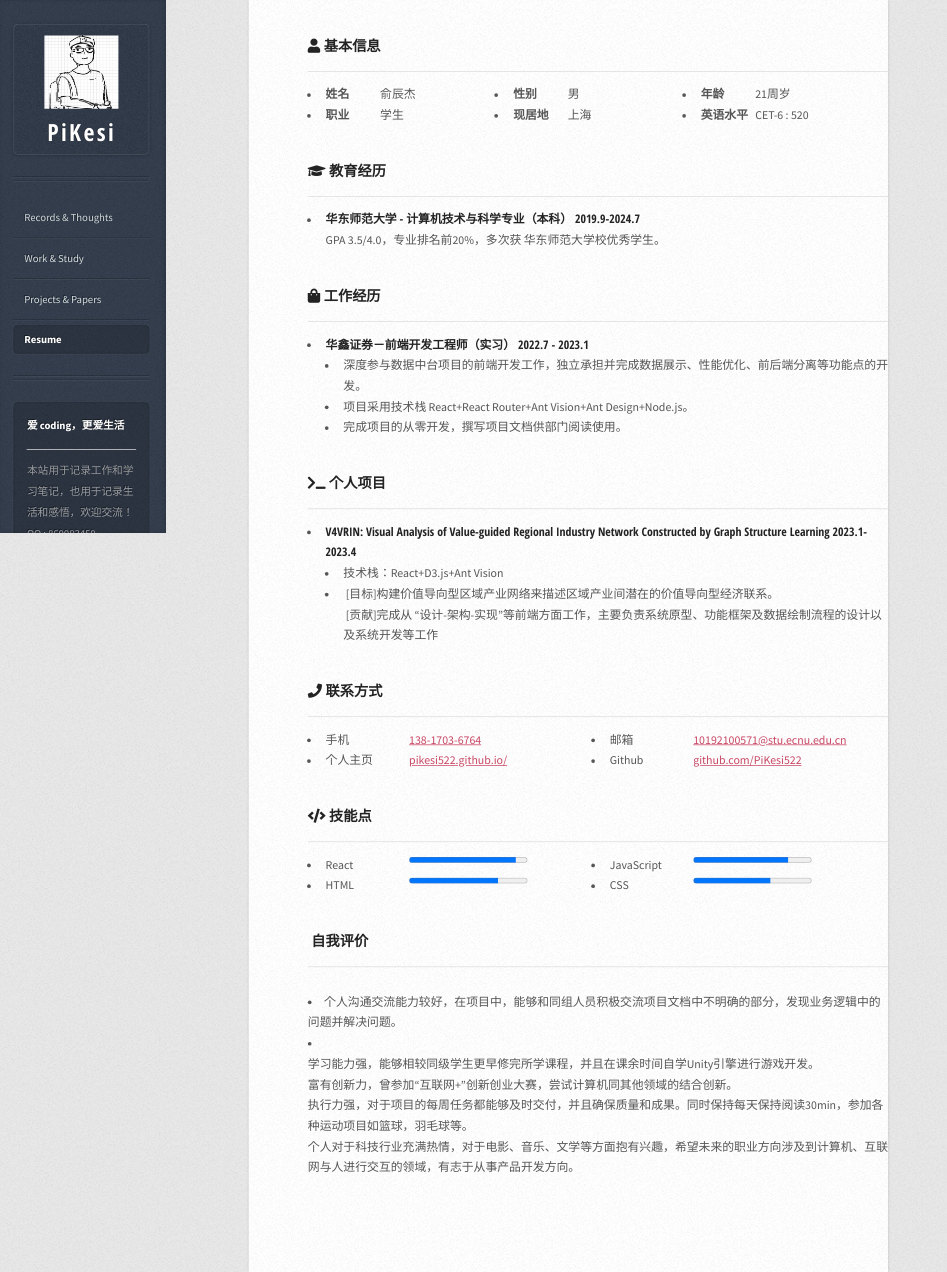
Repository: PiKesi522/PiKesi522.github.io
Page: resume.html
An editor plug-in stored every save of this project. The page is shown before and after the next save, followed by the edit.
The browser window is 1280 px wide. The pictures show the whole page, at 74% of full size.

Above is the page before, as saved 2023-04-11 11:27:51.

### resume.html
<!DOCTYPE HTML>
<!--
	Striped by HTML5 UP
	html5up.net | @ajlkn
	Free for personal and commercial use under the CCA 3.0 license (html5up.net/license)
-->
<html>

<head>
    <title>Striped by HTML5 UP</title>
    <meta charset="utf-8" />
    <meta name="viewport" content="width=device-width, initial-scale=1, user-scalable=no" />
    <link rel="stylesheet" href="assets/css/main.css" />
</head>

<body class="is-preload">

    <!-- Content -->
    <div id="content">
        <div class="inner">

            <article class="container">
                <section class="side" id="side">
                    <!-- 个人肖像 -->
                    <!-- <section class="me"> -->

                    <!-- <h6 class="name" style="font-size: 30px;">PiKesi</h6> -->
                    <!-- <section class="portrait"> -->
                    <!-- 头像照片 -->
                    <!-- <img class="avatar" src="assets/images/avatar.jpg" style="padding-top: 1vh; width: 300px;" onload="loading()"> -->
                    <!-- </section> -->

                    <!-- </section> -->

                    <!-- 基本信息 -->
                    <section class="profile info-unit">
                        <h2>
                            <i class="fa fa-user" aria-hidden="true"></i> 基本信息
                        </h2>
                        <hr />
                        <ul style="display: grid;grid-template-columns:repeat(3, 33%);">
                            <li>
                                <div>
                                    <label style="font-weight: 600;">姓名</label>
                                    <span>俞辰杰</span>
                                </div>
                            </li>
                            <li>
                                <div>
                                    <label style="font-weight: 600;">性别</label>
                                    <span>男</span>
                                </div>
                            </li>
                            <li>
                                <div>
                                    <label style="font-weight: 600;">年龄</label>
                                    <span>21周岁</span>
                                </div>
                            </li>
                            <li>
                                <div>
                                    <label style="font-weight: 600;">职业</label>
                                    <span>学生</span>
                                </div>
                            </li>
                            <li>
                                <div>
                                    <label style="font-weight: 600;">现居地</label>
                                    <span>上海</span>
                                </div>
                            </li>
                            <li>
                                <div>
                                    <label style="font-weight: 600;">英语水平</label>
                                    <span>CET-6 : 520</span>
                                </div>
                            </li>
                            <!-- <li>
                                        <label>计算机水平</label>
                                        <span>软考中级</span>
                                    </li> -->
                        </ul>
                    </section>


                    <!--
                    <section class="qrcode info-unit">
                        <h2><i class="fa fa-qrcode" aria-hidden="true"></i>二维码</h2>
                        <hr />
                        <img src="https://github.com/if2er/FeZaoDuKe-Collection/blob/master/ifeees.jpg?raw=true"
                            style="width: 100%;" alt="">
                    </section> -->

                    <!-- 技术栈 -->
                    <!-- <div class="stack info-unit">
                                    <h2><i class="fa fa-code" aria-hidden="true"></i>其他</h2>
                                    <hr/>
                                    <ul>
                                        <li>
                                            <label>前端</label>
                                            <span>React、jQuery、微信小程序、Bootstrap、SASS、LESS</span>
                                        </li>
                                        <li>
                                            <label>后端</label>
                                            <span>Node.js、MySQL、MongoDB、WordPress、ThinkPHP</span>
                                        </li>
                                        <li>
                                            <label>其他</label>
                                            <span>Git、SVN、Markdown</span>
                                        </li>
                                    </ul>
                                </div> -->
                </section>

                <section class="main">

                    <!-- 教育经历 -->
                    <section class="edu info-unit">
                        <h2>
                            <i class="fa fa-graduation-cap" aria-hidden="true"></i> 教育经历
                        </h2>
                        <hr />
                        <ul>
                            <!-- <li>
                                <h3>
                                    <span>华东师范大学 - 计算机技术与科学专业</span>
                                    <time>2019.9-2024.7</time>
                                </h3>
                                <p>GPA
                                    <mark>3.5/4.0</mark>，期间发表国际会议英文摘要X篇，国内核心期刊文章X篇（其中第一作者X篇），获XXX，XXX2次，XXX2次。(此处根据自身情况填写，可以突出自己的亮点，或者跟求职目标相关的内容)
                                </p>
                            </li> -->
                            <li>
                                <h3>
                                    <span>华东师范大学 - 计算机技术与科学专业（本科）</span>
                                    <time>2019.9-2024.7</time>
                                </h3>
                                <p>GPA
                                    <mark>3.5/4.0</mark>，专业排名前20%，多次获 华东师范大学校优秀学生。
                                </p>
                            </li>
                        </ul>
                    </section>

                    <!-- 工作经历 -->
                    <section class="work info-unit">
                        <h2>
                            <i class="fa fa-shopping-bag" aria-hidden="true"></i> 工作经历
                        </h2>
                        <hr />
                        <ul>
                            <li>
                                <h3>
                                    <span>华鑫证券－前端开发工程师（实习）</span>
                                    <time>2022.7 - 2023.1</time>
                                </h3>
                                <ul class="info-content">
                                    <li>深度参与数据中台项目的前端开发工作，独立承担并完成数据展示、性能优化、前后端分离等功能点的开发。
                                    </li>
                                    <li>
                                        项目采用技术栈
                                        <mark>React+React Router+Ant Vision+Ant Design+Node.js</mark>。
                                    </li>
                                    <li>完成项目的从零开发，撰写项目文档供部门阅读使用。
                                    </li>
                                </ul>
                            </li>
                            <!-- <li>
                                <h3>
                                    <span>[经历2]XX－前端开发工程师（实习）</span>
                                    <time>20XX.10 - 20XX.7</time>
                                </h3>
                                <ul class="info-content">
                                    <li>深度参与公司主线产品「XXXX」的前端开发工作，完成帖子快捷回复、
                                        <mark>全站图片懒加载</mark>、活动banner、帖子管理（使用Yii框架）等功能。项目采用技术栈phpWind+NAMP。
                                        <a href="http://itsay.tech/162/" target="_blank">
                                            <i class="fa fa-link" aria-hidden="true"></i>博客文章</a>。
                                    </li>
                                    <li>主要参与公司产品「XXXX」的前端开发工作，实现接入微博、微信、QQ等
                                        <mark>第三方账号登录</mark>等功能。项目采用技术栈WordPress+NAMP。
                                    </li>
                                    <li>活动页面的开发（七夕活动、抽奖活动以及承接外包页面）。</li>
                                    <li>论坛
                                        <mark>图片增量备份</mark>（CentOS+vsftpd+crontab）
                                        <a href="#" target="_blank">
                                            <i class="fa fa-link" aria-hidden="true"></i>博客文章</a>。
                                    </li>
                                </ul>
                            </li> -->
                        </ul>
                    </section>

                    <!-- 项目经验 -->
                    <section class="project info-unit">
                        <h2>
                            <i class="fa fa-terminal" aria-hidden="true"></i> 个人项目
                        </h2>
                        <hr />
                        <ul>
                            <li>
                                <h3>
                                    <span>V4VRIN: Visual Analysis of Value-guided Regional Industry Network Constructed
                                        by Graph Structure Learning</span>
                                    <span class="link">
                                        <!-- <a href="#" target="_blank">Demo</a> -->
                                    </span>
                                    <time>2023.1-2023.4</time>
                                </h3>
                                <ul class="info-content">
                                    <li>技术栈：React+D3.js+Ant Vision</li>
                                    <li>
                                        <i class="fa fa-paper-plane-o" aria-hidden="true"></i>
                                        [目标]构建价值导向型区域产业网络来描述区域产业间潜在的价值导向型经济联系。
                                        <br />
                                        <!-- <i class="fa fa-users" aria-hidden="true"></i>
                                        [团队]同 2 位同专业同学一起
                                        <br /> -->
                                        <i class="fa fa-paper-plane-o" aria-hidden="true"></i>
                                        [贡献]完成从
                                        <mark>“设计-架构-实现”</mark>等前端方面工作，主要负责系统原型、功能框架及数据绘制流程的设计以及系统开发等工作
                                        <br />
                                        <!-- <i class="fa fa-thumbs-o-up" aria-hidden="true"></i>
                                        [效果]作品最终取得第三届共享杯国家级竞赛“一等奖” （2/2000） -->
                                    </li>
                                </ul>
                            </li>
                            <!-- <li>
                                <h3>
                                    <span>[项目2]肿瘤流行病数据可视化</span>
                                    <span class="link">
                                        <a href="#" target="_blank">Demo</a>
                                    </span>
                                    <time>201X.X-201X.X</time>
                                </h3>
                                <ul class="info-content">
                                    <li>技术栈：HTML 5+D3.js+ECharts+MySQL</li>
                                    <li>
                                        <i class="fa fa-paper-plane-o" aria-hidden="true"></i>
                                        [目标]实现常见肿瘤流行病数据多维度可视化展示、数据透视及分析
                                        <br />
                                        <i class="fa fa-users" aria-hidden="true"></i>
                                        [团队]与 1 位同学
                                        <br />
                                        <i class="fa fa-bars" aria-hidden="true"></i>
                                        [贡献]分析项目需求，清洗并整理相关数据(扩展第三方知识组织系统和 Google trends 数据)，并用
                                        <mark>D3.js</mark> 和
                                        <mark>ECharts</mark> 进行图形化展示以及实现简易自动分析 功能
                                        <br />
                                        <i class="fa fa-thumbs-o-up" aria-hidden="true"></i>
                                        [效果]作品取得第二届共享杯国家级竞赛“特等奖”(1/1500)
                                    </li>
                                </ul>
                            </li>
                            <li>
                                <h3>
                                    <span>[项目3]肿瘤流行病数据可视化</span>
                                    <span class="link">
                                        <a href="#" target="_blank">Demo</a>
                                    </span>
                                    <time>201X.X-201X.X</time>
                                </h3>
                                <ul class="info-content">
                                    <li>技术栈：HTML 5+D3.js+ECharts+MySQL</li>
                                    <li>
                                        <i class="fa fa-paper-plane-o" aria-hidden="true"></i>
                                        [目标]实现常见肿瘤流行病数据多维度可视化展示、数据透视及分析
                                        <br />
                                        <i class="fa fa-users" aria-hidden="true"></i>
                                        [团队]与 1 位同学
                                        <br />
                                        <i class="fa fa-bars" aria-hidden="true"></i>
                                        [贡献]分析项目需求，清洗并整理相关数据(扩展第三方知识组织系统和 Google trends 数据)，并用
                                        <mark>D3.js</mark> 和
                                        <mark>ECharts</mark> 进行图形化展示以及实现简易自动分析功能
                                        <br />
                                        <i class="fa fa-thumbs-o-up" aria-hidden="true"></i>
                                        [效果]作品取得第二届共享杯国家级竞赛“特等奖”(1/1500)
                                    </li>
                                </ul>
                            </li>
                            <li>
                                <h3>
                                    <span>[项目4]肿瘤流行病数据可视化</span>
                                    <span class="link">
                                        <a href="#" target="_blank">Demo</a>
                                    </span>
                                    <time>201X.X-201X.X</time>
                                </h3>
                                <ul class="info-content">
                                    <li>技术栈：HTML 5+D3.js+ECharts+MySQL</li>
                                    <li>
                                        <i class="fa fa-paper-plane-o" aria-hidden="true"></i>
                                        [目标]实现常见肿瘤流行病数据多维度可视化展示、数据透视及分析
                                        <br />
                                        <i class="fa fa-users" aria-hidden="true"></i>
                                        [团队]与 1 位
                                        <br />
                                        <i class="fa fa-bars" aria-hidden="true"></i>
                                        [贡献]分析项目需求，清洗并整理相关数据(扩展第三方知识组织系统和 Google trends 数据)，并用
                                        <mark>D3.js</mark> 和
                                        <mark>ECharts</mark> 进行图形化展示以及实现简易自动分析 功能
                                        <br />
                                        <i class="fa fa-thumbs-o-up" aria-hidden="true"></i>
                                        [效果]作品取得第二届共享杯国家级竞赛“特等奖”(1/1500)
                                    </li>
                                </ul>
                            </li> -->

                        </ul>
                    </section>

                    <!-- 联系方式 -->
                    <section class="contact info-unit">
                        <h2>
                            <i class="fa fa-phone" aria-hidden="true"></i> 联系方式
                        </h2>
                        <hr />
                        <ul style="display: grid; grid-template-columns:repeat(2, 50%);">
                            <li>
                                <div>
                                    <label>手机</label>
                                    <a href="#" target="_blank">138-1703-6764</a>
                                </div>
                            </li>
                            <li>
                                <div>
                                    <label>邮箱</label>
                                    <a href="mailto:10192100571@stu.ecnu.edu.cn"
                                        target="_blank">10192100571@stu.ecnu.edu.cn</a>
                                </div>
                            </li>
                            <li>
                                <div>
                                    <label>个人主页</label>
                                    <a href="https://pikesi522.github.io/" target="_blank">pikesi522.github.io/</a>
                                </div>
                            </li>
                            <li>
                                <div>
                                    <label>Github</label>
                                    <a href="https://github.com/PiKesi522" target="_blank">github.com/PiKesi522</a>
                                </div>
                            </li>
                        </ul>
                    </section>

                    <!-- 技能点 -->
                    <section class="skill info-unit">
                        <h2>
                            <i class="fa fa-code" aria-hidden="true"></i> 技能点
                        </h2>
                        <hr />
                        <ul style="display: grid; grid-template-columns:repeat(2, 50%);">
                            <li>
                                <div style="display: grid; grid-template-columns: 30% 70%;">
                                    <label>React</label>
                                    <div>
                                        <progress value="90" max="100"></progress>
                                    </div>
                                </div>
                            </li>
                            <li>
                                <div style="display: grid; grid-template-columns: 30% 70%;">
                                    <label>JavaScript</label>
                                    <div>
                                        <progress value="80" max="100"></progress>
                                    </div>
                                </div>
                            </li>
                            <li>
                                <div style="display: grid; grid-template-columns: 30% 70%;">
                                    <label>HTML</label>
                                    <div>
                                        <progress value="75" max="100"></progress>
                                    </div>
                                </div>
                            </li>
                            <li>
                                <div style="display: grid; grid-template-columns: 30% 70%;">
                                    <label>CSS</label>
                                    <div>
                                        <progress value="65" max="100"></progress>
                                    </div>
                                </div>
                            </li>
                        </ul>
                    </section>

                    <!-- 自我评价 -->
                    <section class="work info-unit">
                        <h2>
                            <i class="fa fa-pencil" aria-hidden="true"></i> 自我评价
                        </h2>
                        <hr />
                        <p>
                            <li>个人沟通交流能力较好，在项目中，能够和同组人员积极交流项目文档中不明确的部分，发现业务逻辑中的问题并解决问题。
                            <br/>
                            <li></li>学习能力强，能够相较同级学生更早修完所学课程，并且在课余时间自学Unity引擎进行游戏开发。
                            <br/>
                            富有创新力，曾参加“互联网+”创新创业大赛，尝试计算机同其他领域的结合创新。
                            <br/>
                            执行力强，对于项目的每周任务都能够及时交付，并且确保质量和成果。同时保持每天保持阅读30min，参加各种运动项目如篮球，羽毛球等。
                            <br/>
                            个人对于科技行业充满热情，对于电影、音乐、文学等方面抱有兴趣，希望未来的职业方向涉及到计算机、互联网与人进行交互的领域，有志于从事产品开发方向。
                            <!-- <span class="mark-txt">“多静多思考，反省不张扬”</span>是我给自己总结的“十字箴言”，鞭策自己做人既不能以己度人，也不以人观己，要脚踏实地做事，坚持自己的梦想和本心。 -->
                        </p>
                    </section>
                </section>
            </article>

        </div>
    </div>

	<!-- Sidebar -->
	<div id="sidebar">

		<!-- Logo -->
		<h1 id="logo">
			<a href="#">
				<img style="width: 100px;"
                    src="assets/images/icon1.jpg"
                    alt="Avator">
				<div style="margin: 0.5em 0 0 0;">
					PiKesi
				</div>
			</a>
		</h1>


		<!-- Nav -->
		<nav id="nav">
			<ul>
				<li><a href="index.html">Records & Thoughts</a></li>
				<li><a href="note.html">Work & Study</a></li>
				<li><a href="projects.html">Projects & Papers</a></li>
				<li class="current"><a href="resume.html">Resume</a></li>
				<!-- <li><a href="#">Contact Me</a></li> -->
			</ul>
		</nav>

		<!-- Text -->
		<section class="box text-style1">
			<div class="inner">
				<p>
					<strong> 爱 coding，更爱生活</strong>
					<hr>
					本站用于记录工作和学习笔记，也用于记录生活和感悟，欢迎交流！
					<br/>
					QQ : 860083450
					<br/>
					WX : PiKesi22
				</p>
			</div>
		</section>
	</div>

    <!-- Scripts -->
    <script src="assets/js/jquery.min.js"></script>
    <script src="assets/js/browser.min.js"></script>
    <script src="assets/js/breakpoints.min.js"></script>
    <script src="assets/js/util.js"></script>
    <script src="assets/js/main.js"></script>

</body>

</html>

Loaded but not shown: assets/js/jquery.min.js (library); assets/css/fontawesome-all.min.css (library); assets/js/browser.min.js (common file); assets/js/breakpoints.min.js (common file); assets/js/util.js (587 lines, source omitted); assets/css/main.css (3019 lines, source omitted); public/assets/js/main.js (no copy from this time; the picture is the same without it)

After the next save:
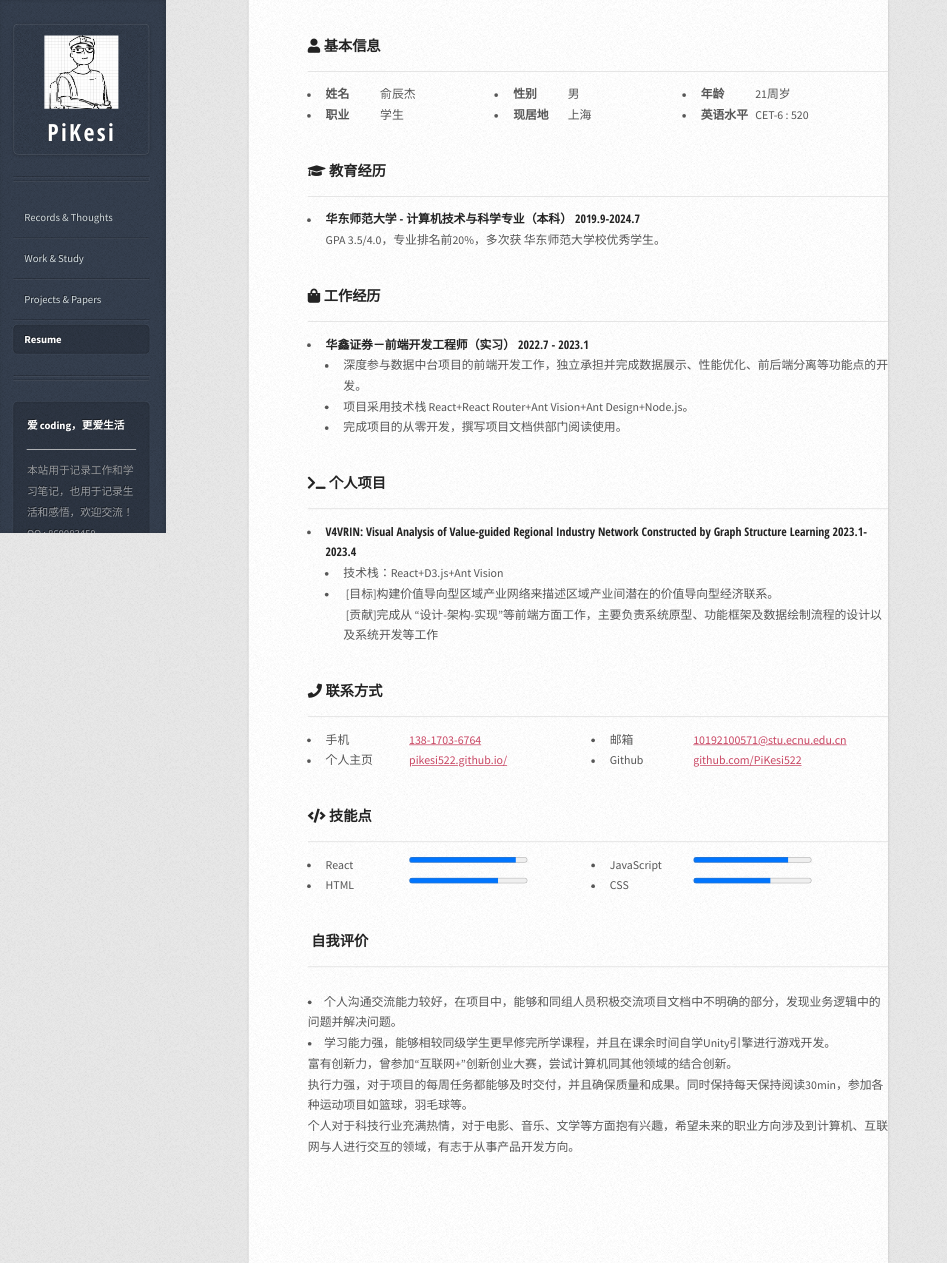
Saved 4 s later.
--- a/resume.html
+++ b/resume.html
@@ -395,7 +395,7 @@
                         <p>
                             <li>个人沟通交流能力较好，在项目中，能够和同组人员积极交流项目文档中不明确的部分，发现业务逻辑中的问题并解决问题。
                             <br/>
-                            <li></li>学习能力强，能够相较同级学生更早修完所学课程，并且在课余时间自学Unity引擎进行游戏开发。
+                            <li>学习能力强，能够相较同级学生更早修完所学课程，并且在课余时间自学Unity引擎进行游戏开发。
                             <br/>
                             富有创新力，曾参加“互联网+”创新创业大赛，尝试计算机同其他领域的结合创新。
                             <br/>
